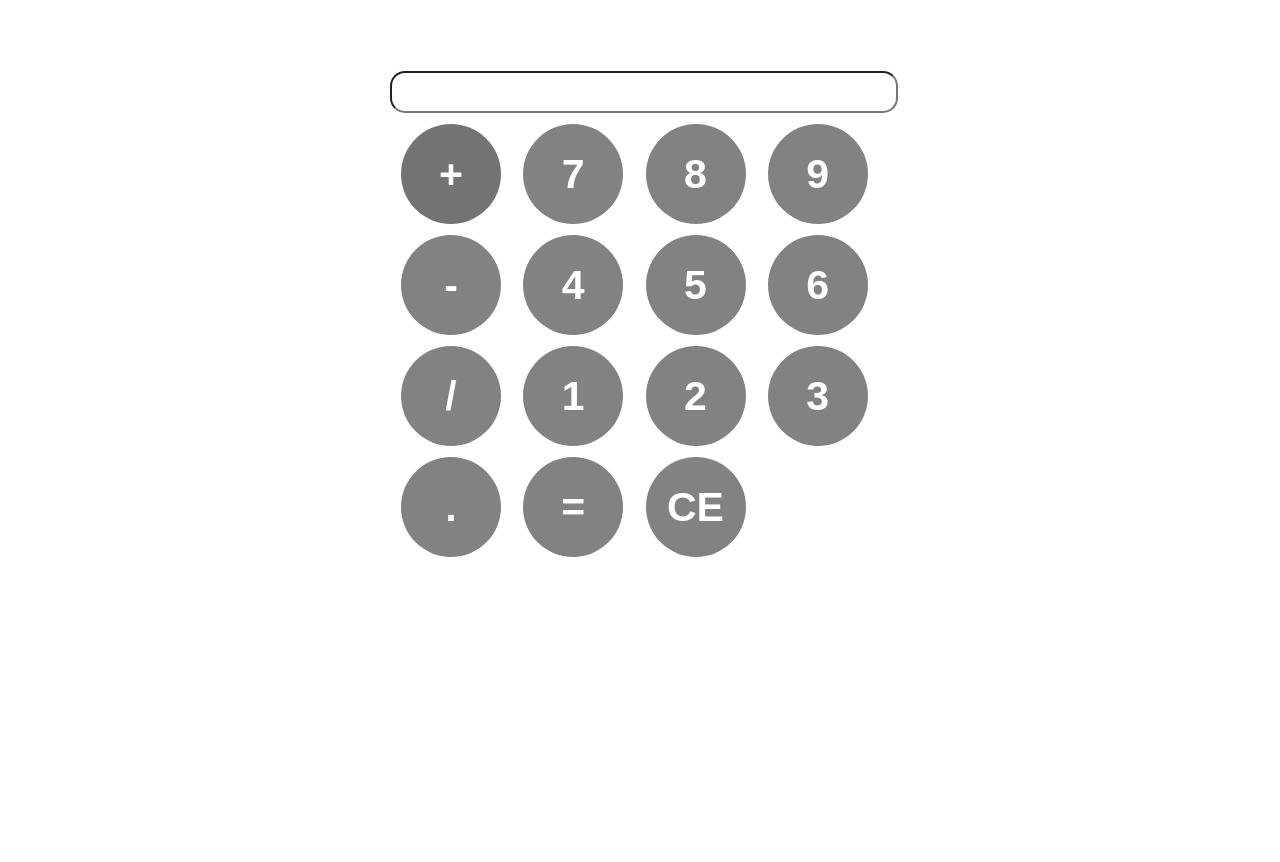
Repository: rkrukshan/JS-Calculator
Page: index.html
These files come from the project's save history. The page is drawn as it stood at one moment and after the next save; the edit follows.
The browser window is 1280 px wide. The pictures show the whole page.
The first visible `button` is being pressed.

Above is the page before, as saved 2024-09-02 13:37:33.

After the next save:
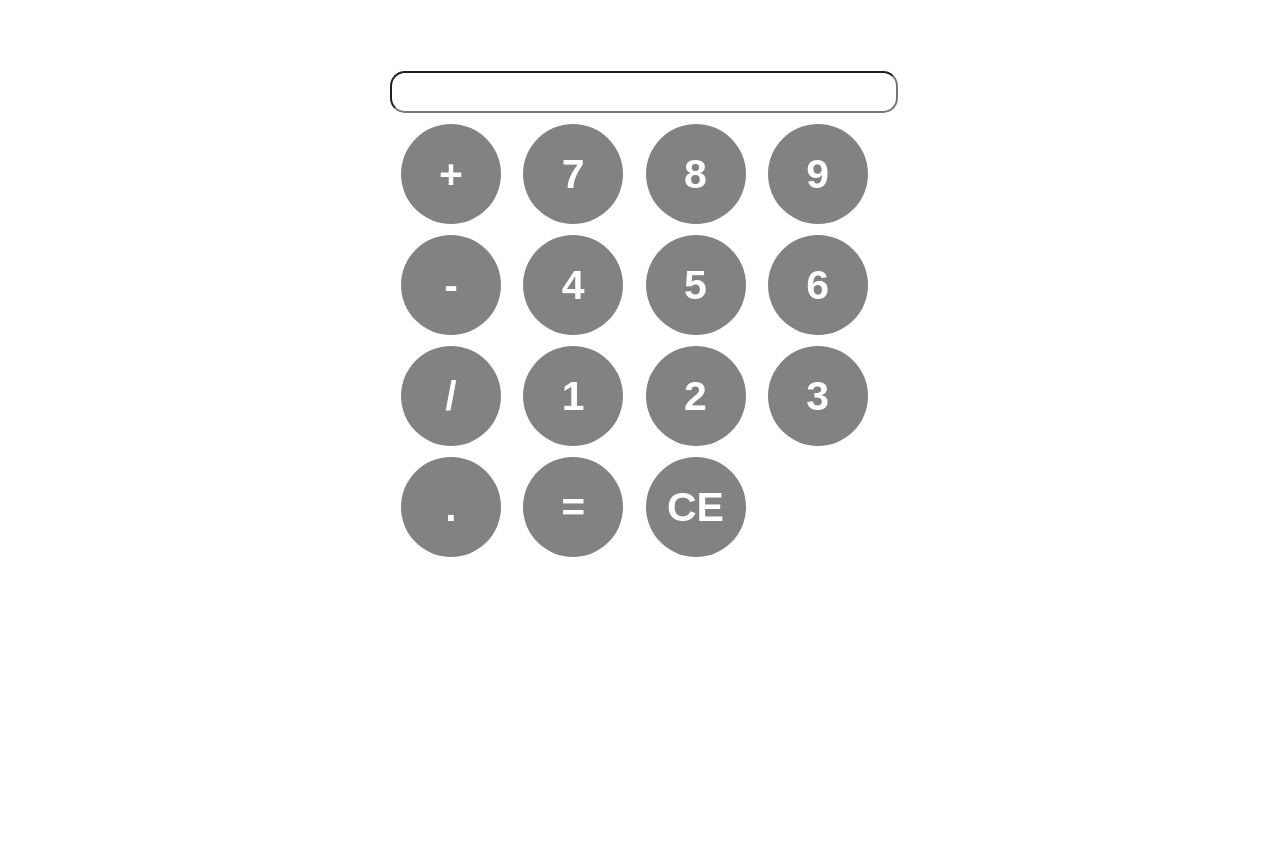
Saved 5 s later.
--- a/style.css
+++ b/style.css
@@ -33,4 +33,5 @@
 }
 button:active{
     background-color:hsl(0, 1%, 45%)
+    box
 }

After the 3 saves that followed:
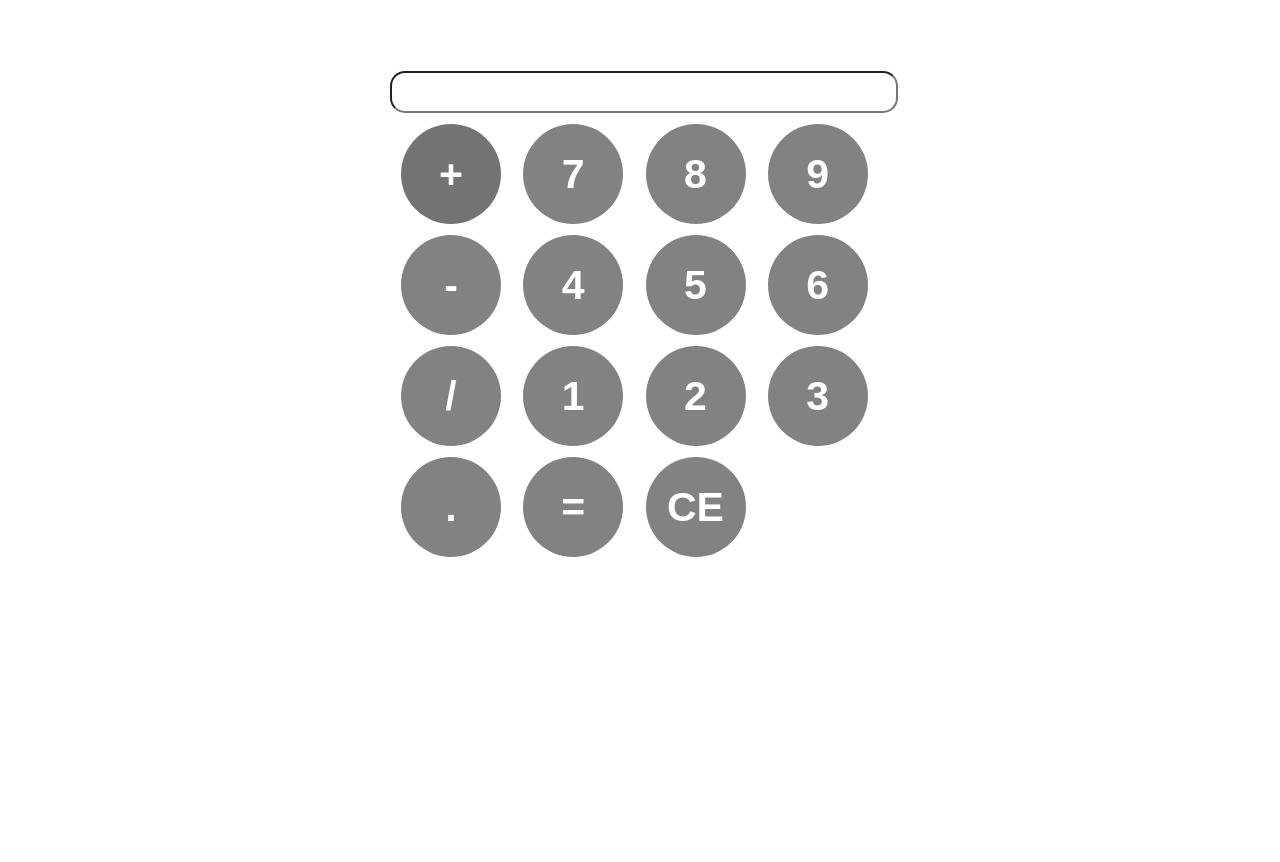
The 3 saves are shown as one change because they came seconds apart.
The last was saved 11 s later.
--- a/style.css
+++ b/style.css
@@ -32,6 +32,6 @@
   border: none;
 }
 button:active{
-    background-color:hsl(0, 1%, 45%)
-    box
+    background-color:hsl(0, 1%, 45%);
+    box-shadow: ;
 }
